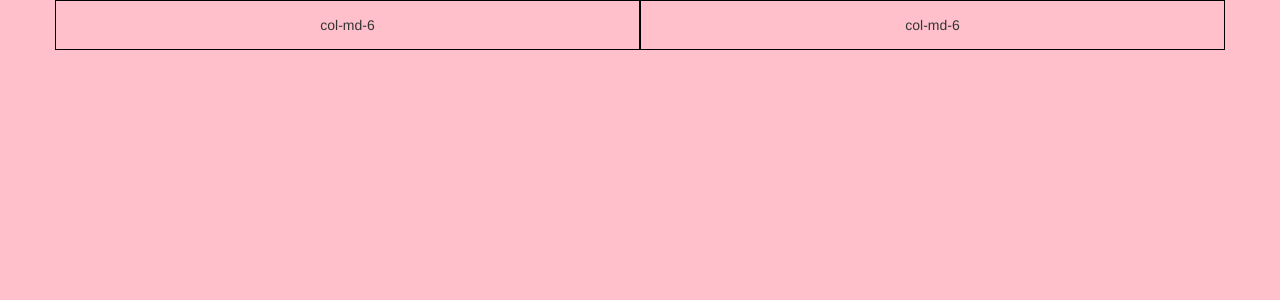
Repository: erika-sugimoto/microposts
Page: bootstrap_lesson.html
The author's editor kept a record of every edit. The page is drawn from the files as they stood at one moment, then again after the next edit.
The browser window is 1280 px wide. The pictures show the whole page.

Above is the page before.

### bootstrap_lesson.html
<!DOCTYPE html>
<html>
    <head>
        <meta charset="utf-8">
        <meta http-equiv="X-UA-Compatible" content="IE=edge">
        <meta name="viewport" content="width=device-width, initial-scale=1">

        <title>Grid System Test</title>

        <!-- Bootstrap CSS-->
        <link rel="stylesheet" href="https://maxcdn.bootstrapcdn.com/bootstrap/3.3.7/css/bootstrap.min.css">
        <!-- jQuery -->
        <script src="https://ajax.googleapis.com/ajax/libs/jquery/1.12.4/jquery.min.js"></script>
        <!-- Bootstrap JavaScript-->
        <script src="https://maxcdn.bootstrapcdn.com/bootstrap/3.3.7/js/bootstrap.min.js"></script>
    <link rel="stylesheet" href="bootstrap_lesson.css">
        <style>
            .row div {
                border: 1px solid #000;
                padding: 1em;
                text-align: center;

            }
        </style>

    </head>
    <body>
        <div class="container">
            <div class="row">
                <div class="col-md-6">col-md-6</div>
                <div class="col-md-6">col-md-6</div>
            </div>
        </div>
    </body>
</html>

### bootstrap_lesson.css
@charset "UTF-8";

body {
  background-color: #000;
}

@media (min-width: 500px) {
    /* style applied if window's width is 500px or more */
    body {
        background-color: pink;
    }
}

@media (min-width: 750px) {
    /* style applied if window's width is 750px or more */
    body {
        background-color: red;
    }
}

@media (min-width: 1000px) {
    /* style applied if window's width is 1000px or more */
    body {
        background-color: pink;
    }
}

#erika{
    background-color:#7fffd4;

}

#mihana{
    background-color:#ff69b4;

}

After the next edit:
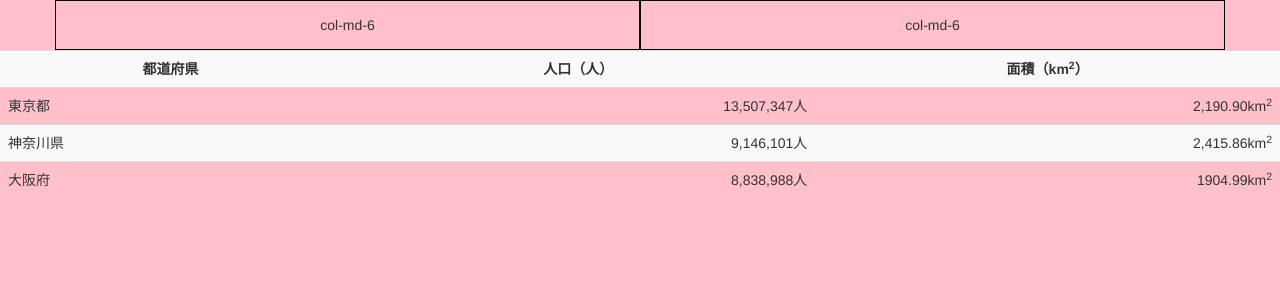
The edit:
--- a/bootstrap_lesson.html
+++ b/bootstrap_lesson.html
@@ -31,5 +31,27 @@
                 <div class="col-md-6">col-md-6</div>
             </div>
         </div>
+        <table class="table table-striped"　>
+    <tr>
+        <th class="text-center">都道府県</th>
+        <th class="text-center">人口（人）</th>
+        <th class="text-center">面積（km<sup>2</sup>）</th>
+    </tr>
+    <tr>
+        <td>東京都</td>
+        <td class="text-right">13,507,347人</td>
+        <td class="text-right">2,190.90km<sup>2</sup></td>
+    </tr>
+    <tr>
+        <td>神奈川県</td>
+        <td class="text-right">9,146,101人</td>
+        <td class="text-right">2,415.86km<sup>2</sup></td>
+    </tr>
+    <tr>
+        <td>大阪府</td>
+        <td class="text-right">8,838,988人</td>
+        <td class="text-right">1904.99km<sup>2</sup></td>
+    </tr>
+</table>
     </body>
 </html>
